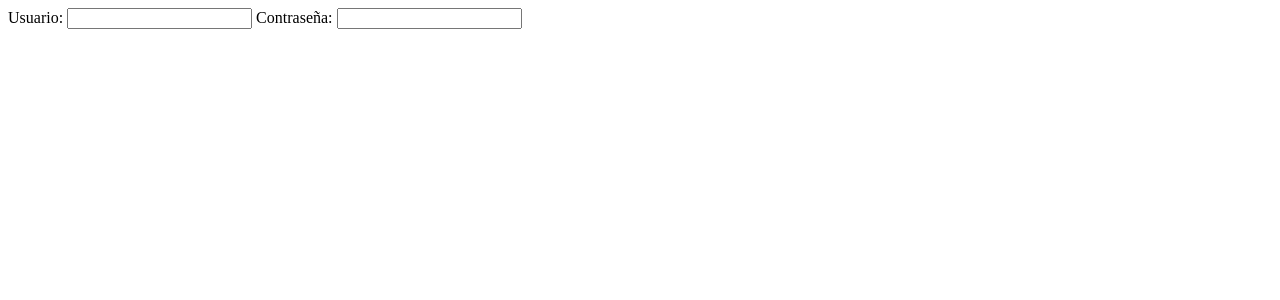
Repository: salvadorsobrino/Ejercicio5ServletJSP
Page: Ejercicio5/src/main/webapp/index.html
These files come from the project's save history. The page is drawn as it stood at one moment and after the next save; the edit follows.
The browser window is 1280 px wide. The pictures show the whole page.

Above is the page before, as saved 2022-03-10 12:37:49.

### Ejercicio5/src/main/webapp/index.html
<!DOCTYPE html>
<html>
<head>
<meta charset="UTF-8">
<title>Insert title here</title>
</head>
<body>
	<form action="loginExitoso.jsp" method="post">
	Usuario:
	<input type="text" name="usuario">
	Contraseña:
	<input type="password" name="contraseña">

	</form>
</body>
</html>

After the next save:
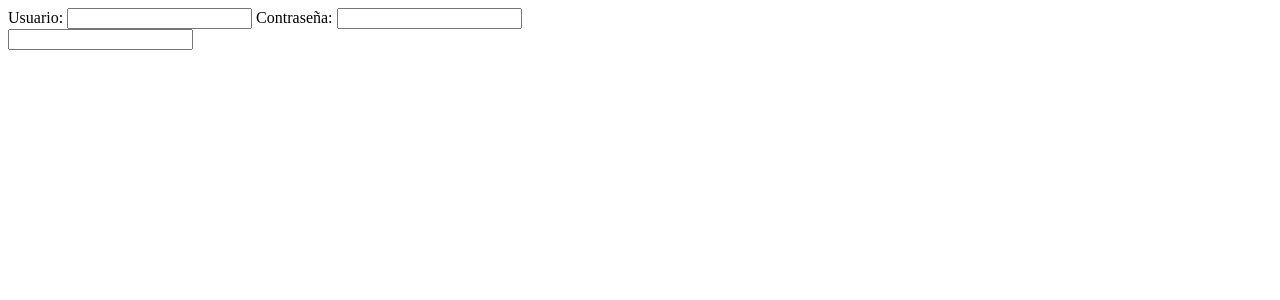
Saved 8 s later.
--- a/Ejercicio5/src/main/webapp/index.html
+++ b/Ejercicio5/src/main/webapp/index.html
@@ -10,6 +10,8 @@
 	<input type="text" name="usuario">
 	Contraseña:
 	<input type="password" name="contraseña">
+	<br>
+	<input
 
 	</form>
 </body>
